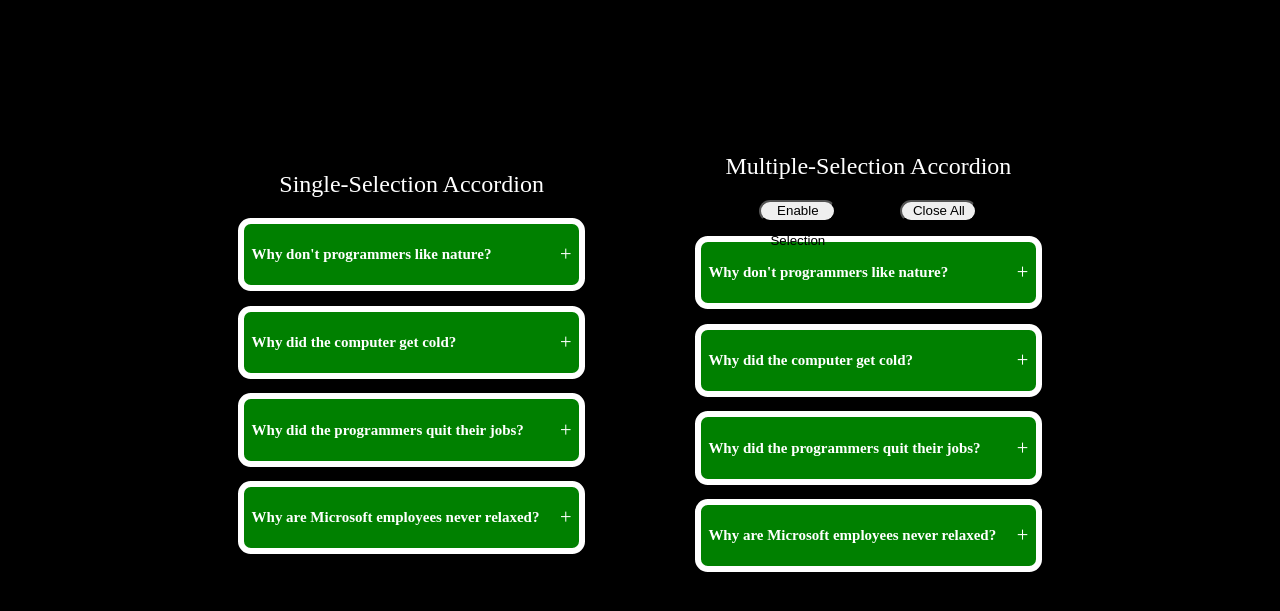
Repository: kosenijr/react-projects
Page: / (app in accordion/)
An editor plug-in stored every save of this project. The page is shown before and after a run of saves, followed by the edit.
The browser window is 1280 px wide. The pictures show the whole page.
The project was rebuilt for these pictures with package versions that can differ from the ones it lists, and the page was loaded fresh each time.

Above is the page before, as saved 2024-03-03 14:01:16.

After the next 2 saves:
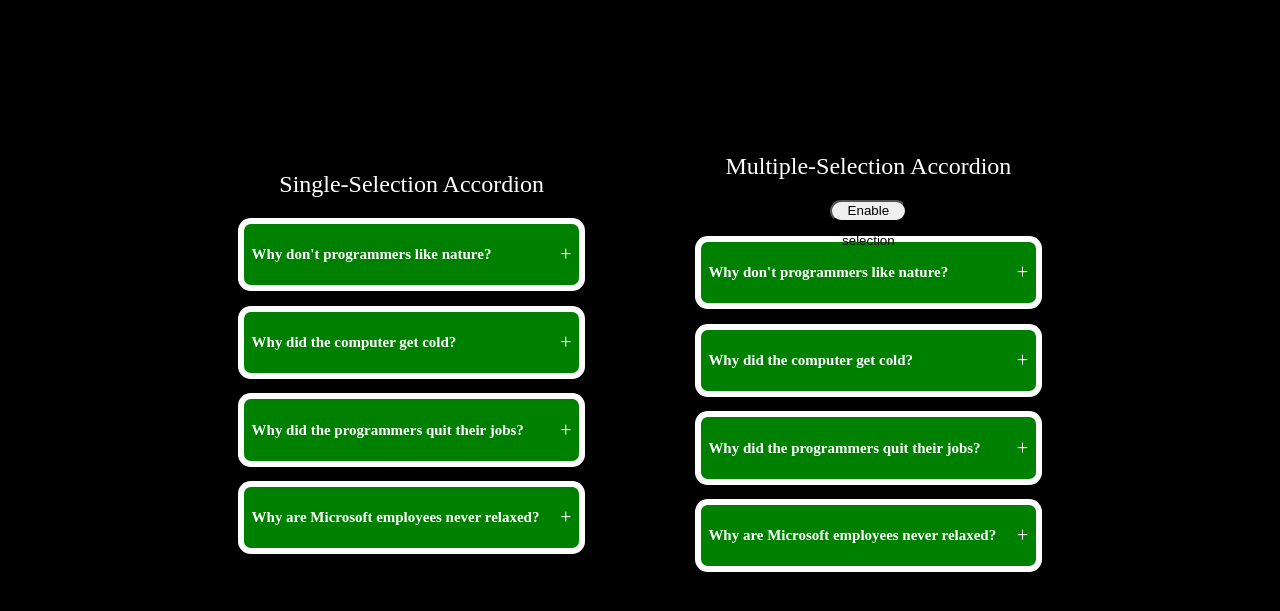
The 2 saves are shown as one change because 1 did not build or start.
The last was saved 15 s later.
--- a/accordion/src/components/MultiSelection.js
+++ b/accordion/src/components/MultiSelection.js
@@ -20,8 +20,7 @@ function MultiSelection() {
           Multiple-Selection Accordion
         </h2>
         <div className="multi-buttons-div">
-          <button className="multi-open-button">Enable Multiple Selection</button>
-          <button className="multi-close-button">Close All</button>
+          <button className="multi-open-button">Enable Multiple selection</button>
         </div>
         {data && data.length > 0 ? (
           data.map((dataItem) => (
